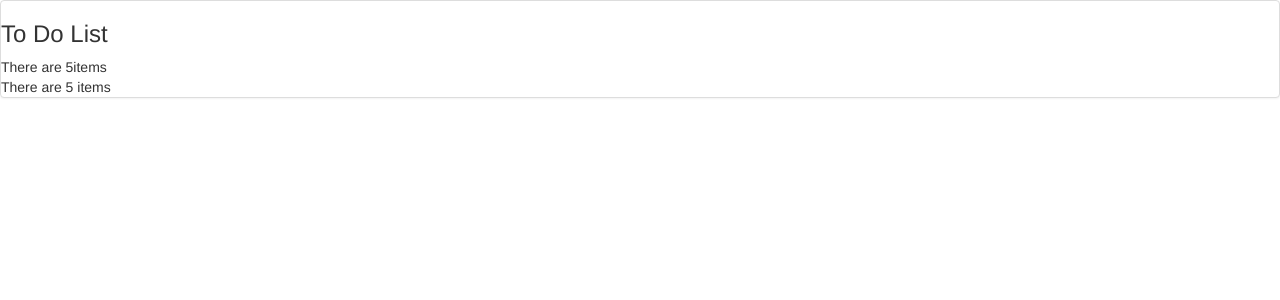
Repository: chisun-joung/workplace
Page: angularJS/WebContent/Chap10_Binding/P271_TODO.html
An editor plug-in stored every save of this project. The page is shown before and after the next save, followed by the edit.
The browser window is 1280 px wide. The pictures show the whole page.
Some web libraries are served in a nearby version.

Above is the page before, as saved 2016-11-28 07:25:10.

After the next save:
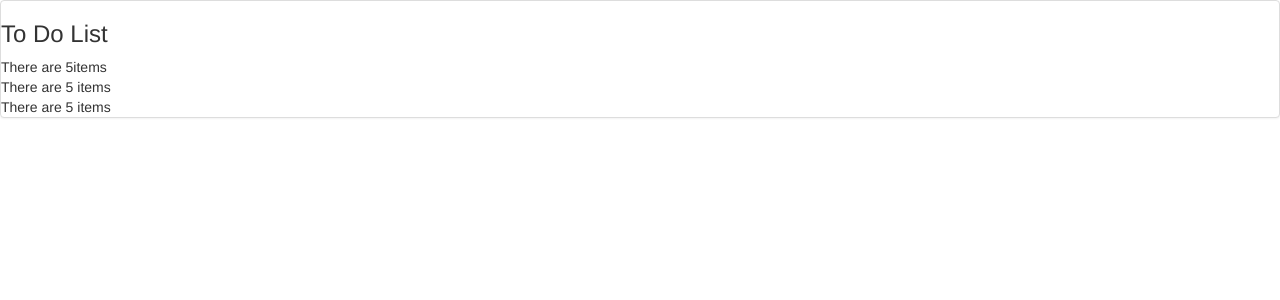
Saved 3 min 35 s later.
--- a/angularJS/WebContent/Chap10_Binding/P271_TODO.html
+++ b/angularJS/WebContent/Chap10_Binding/P271_TODO.html
@@ -22,10 +22,16 @@
 	<div id="todoPanel" class="panel panel-default">
 		<h3 class="panel-header">To Do List</h3>
 
+		<!-- angular가 올라오기 전까지는 문자열이라서 표시 됨 -->
 		<div>There are {{todos.length}}items</div>
 
+		<!-- 올라오기 전까지는 모르는 태그  -->
 		<div>
 			There are <span ng-bind="todos.length"></span> items
+		</div>
+
+		<div>
+			There are <span class="ng-bind: todos.length"></span> items
 		</div>
 
 	</div>
